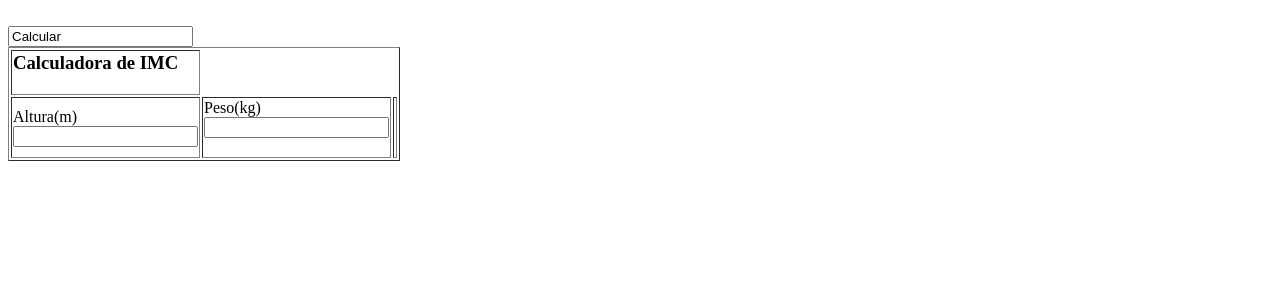
Repository: Patriciamativi/Projetos
Page: index.html
The author's editor kept a copy of each file at every save. The page is drawn from the files as they stood at one save, then again after the next save.
The browser window is 1280 px wide. The pictures show the whole page.

Above is the page before, as saved 2022-11-17 21:03:10.

After the next save:
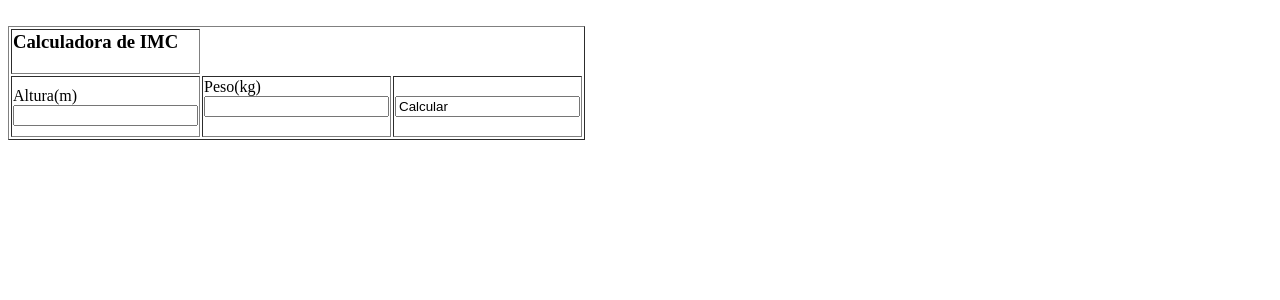
Saved 6 s later.
--- a/index.html
+++ b/index.html
@@ -14,7 +14,7 @@
         <td>Peso(kg)<br/>
             <input type: "number" > </br></br></td>
 
-        <td></td><input type="" "submit" value= "Calcular" >
+        <td><input type="" "submit" value= "Calcular" ></td>
 
     </form>
     </table>
